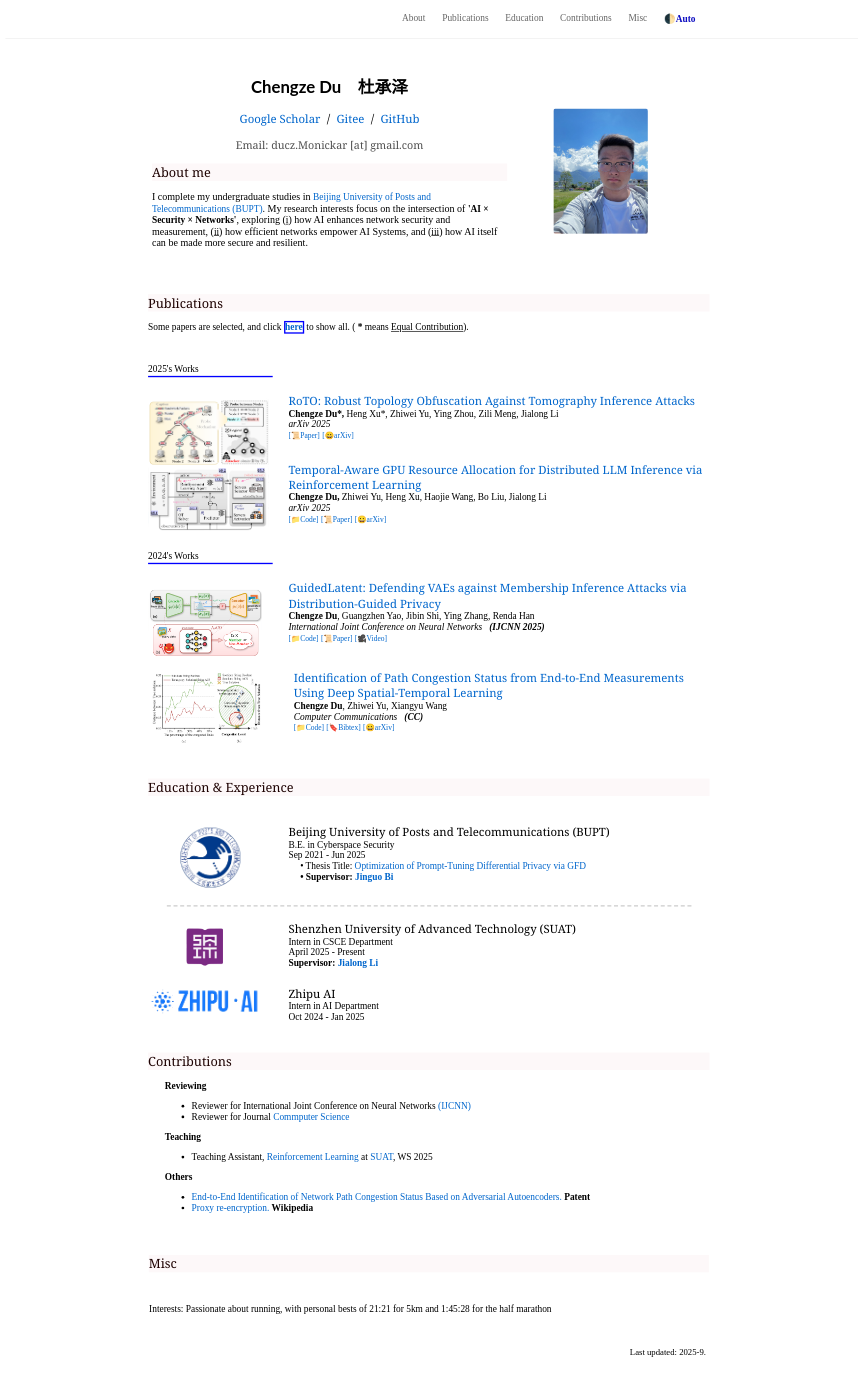
Repository: Monickar/Monickar.github.io
Page: index.html
These files come from the project's save history. The page is drawn as it stood at one moment and after the next save; the edit follows.
The browser window is 1280 px wide. The pictures show the whole page, at 67% of full size.

Above is the page before, as saved 2025-10-28 19:02:30.

### index.html
<!DOCTYPE HTML>
<html lang="en">
  <head>
    <meta http-equiv="Content-Type" content="text/html; charset=UTF-8">

    <title>Chengze's Homepage</title>

    <meta name="author" content="Chengze Du">
    <meta name="viewport" content="width=550px, initial-scale=1.0">
    <link rel="shortcut icon" href="./images/IMG_1936.JPG" type="image/x-icon" style="border-radius: 50%;"> <!-- 添加favicon 圆形-->
    <link rel="stylesheet" type="text/css" href="styles.css">
    <style>

      /* * {
        font-family: Cambria, Georgia, serif;

      } */
      * {
        font-size: 14px;

      }


    </style>
  </head>


  <body class="bodycolor">
    <!-- 导航栏 -->
    <nav class="navbar" >
      <div class="nav-container">
        <a href="#" class="nav-brand"> </a>
        <div class="nav-links">
          <a href="#about">About</a>
          <a href="#pub">Publications</a>
          <a href="#education">Education</a>
          <a href="#contributions">Contributions</a>
          <a href="#misc">Misc</a>
          <a id="darkToggle" style="color: rgb(12, 12, 193); font-weight: bolder;">Mode🌓</a>

        </div>
      </div>
    </nav>

    <!-- 原有内容开始 -->
    <table id="about" style="width:100%; background:#FFFFFF; max-width:870px;border:0px;border-spacing:0px;border-collapse:separate;margin-right:auto;margin-left:auto;"><tbody>
      <tr style="padding:0px">
        <td style="padding:0px">
          <table style="width:100%;border:0px;border-spacing:0px;border-collapse:separate;margin-right:auto;margin-left:auto;"><tbody>
            <tr style="padding:0px">
              <td style="padding:2.5%;width:60%;vertical-align:middle">

                <p class="name" style="text-align: center; font-size: 25px;">
                  Chengze Du &ensp;  杜承泽
                </p>

                <p style="text-align:center; font-size: 18px; font-family: Georgia">
                  <a href="https://scholar.google.com/citations?hl=zh-CN&user=y4ty-f4AAAAJ" class="papertitle">Google Scholar</a> &nbsp;/&nbsp;
                  <a href="https://gitee.com/monickar" class="papertitle">Gitee</a> &nbsp;/&nbsp;
                  <a href="https://github.com/Monickar" class="papertitle">GitHub</a>
                </p>

                <p style="text-align:center; font-size: 16px; font-family: Cambria; color: rgb(80, 80, 80);">
                Email: ducz.Monickar [at] gmail.com
                </p>
                <h2 class="subtitle">About me</h2>

                <p style="font-size: 15px;"> I complete my undergraduate studies in <a href="https://www.bupt.edu.cn/">Beijing University of Posts and Telecommunications (BUPT)</a>.
                  My research interests focus on the intersection of <strong>'AI <strong>×</strong> Security <strong>×</strong> Networks'</strong>, exploring (<u>i</u>) how AI enhances network security and measurement, (<u>ii</u>) how efficient networks empower AI Systems, and (<u>iii</u>) how AI itself can be made more secure and resilient.

                </p>
              </td>
              <td style="padding:5.5%; width:31%; max-width:37%; padding-top:10%;">
                <a href="https://ccfddl.com/"><img style="width:70%; max-width:70%;object-fit: cover; border-radius: 2%;" alt="profile photo" src="images/chengze.jpg" class="hoverZoomLink"></a>
              </td>
            </tr>
          </tbody></table>


      <table id="pub" style="width:100%;border:0px;border-spacing:0px;border-collapse:separate;margin-right:auto;margin-left:auto;"><tbody>
          <tr>
          <td style="padding:16px;width:100%;vertical-align:middle">
            <h2 class="subtitle">Publications</h2>
            <p>
             Some papers are selected, and click <strong><a href="FullPaperList.html" class="text-with-border">here</a></strong> to show all.
              ( <strong>*</strong> means <u>Equal Contribution</u>).
            </p>
             <!-- Some works are <span class="highlight">highlighted</span>.  -->
          </td>
        </tr>
      </tbody></table>
      <table style="width:100%;border:0px;border-spacing:0px;border-collapse:separate;margin-right:auto;margin-left:auto;"><tbody>


      <!-- 2025 分隔符 -->
      <td style="padding:16px; width:25%; vertical-align:middle; margin-top: 2px;">
        <span class="year">2025's Works</span>
        <div style="height: 2px; background-color: blue; margin-top: 2px;"></div>
      </td>

      <tr >
        <td style="padding:16px;width:25%;vertical-align:top">
          <div class="one">
            <img src="images/RoTO-1.png" class="top" alt="SecureNT alternate" width="180" height="100">
            <img src="images/RoTO-2.png" class="bottom" alt="SecureNT" style="width:180px; height:65px;">
          </div>
        </td>
        <td style="padding:8px;width:80%; vertical-align:top">
          <a href="https://arxiv.org/abs/2508.12852">
        <span class="papertitle">RoTO: Robust Topology Obfuscation Against Tomography Inference Attacks</span>
          </a>
          <br>
          <strong>Chengze Du*,</strong>
          Heng Xu*,
          Zhiwei Yu,
          Ying Zhou,
          Zili Meng,
          Jialong Li

          <br>
          <em>arXiv  2025</em>
          <br>
          <!-- <a href="" style="font-size: 0.8em;">[📁Code]</a> -->
          <a href="https://arxiv.org/pdf/2508.12852" style="font-size: 0.8em;">[📜Paper]</a>
          <a href="https://arxiv.org/abs/2508.12852" style="font-size: 0.8em;">[😀arXiv]</a>
          <p></p>
        </td>
      </tr>



      <tr >
        <td style="padding:16px;width:20%;vertical-align:top">
          <div class="one">
            <img src="images/gpu_infer_component.png" class="top" alt="SecureNT alternate" width="180" height="100">
            <img src="images/tcc_intro.png" class="bottom" alt="SecureNT" style="width:180px; height:90px;">
          </div>
        </td>
        <td style="padding:8px;width:80%; vertical-align:middle">
          <a href="https://arxiv.org/abs/2507.10259">
        <span class="papertitle">Temporal-Aware GPU Resource Allocation for Distributed LLM Inference via Reinforcement Learning</span>
          </a>
          <br>
          <strong>Chengze Du,</strong>
          Zhiwei Yu,
          Heng Xu,
          Haojie Wang,
          Bo Liu,
          Jialong Li

          <br>
          <em>arXiv  2025</em>
          <br>
          <a href="https://gitee.com/Monickar/OT4GpuInference" style="font-size: 0.8em;">[📁Code]</a>
          <a href="https://arxiv.org/pdf/2507.10259" style="font-size: 0.8em;">[📜Paper]</a>
          <a href="https://arxiv.org/abs/2507.10259" style="font-size: 0.8em;">[😀arXiv]</a>
          <p></p>

        </td>
      </tr>


      <!-- 2024 分隔符 -->
      <td style="padding:16px; width:20%; vertical-align:middle; margin-top: 2px;">
        <span class="year">2024's Works</span>
        <div style="height: 2px; background-color: blue; margin-top: 2px;"></div>
      </td>

      <tr >
        <td style="padding:16px;width:20%;vertical-align:top">
          <div class="one">
            <img src="images/anti-vae.png" class="top" alt="SecureNT alternate" width="170" height="110">
            <img src="images/vae-anti-mia.png" class="bottom" alt="SecureNT" style="width:170px; height:85px;">
          </div>
        </td>
        <td style="padding:8px;width:80%; vertical-align:top">
          <a href="">
        <span class="papertitle">GuidedLatent: Defending VAEs against Membership Inference Attacks via Distribution-Guided Privacy
          </a>
          <br>
          <strong>Chengze Du</strong>,
                  Guangzhen Yao,
                  Jibin Shi,
                  Ying Zhang,
                  Renda Han
          <br>
          <em>International Joint Conference on Neural Networks <strong>&nbsp (IJCNN 2025)</strong></em>
          <br>
          <a href="https://anonymous.4open.science/r/VAE-Anti-MIA-DB1A/README.md" style="font-size: 0.8em;">[📁Code]</a>
          <a href="./files/IJCNN_2025.pdf" style="font-size: 0.8em;">[📜Paper]</a>
          <!-- <a href="./files/" style="font-size: 0.8em;">[😀arXiv]</a> -->
          <a href="https://vimeo.com/1095995168" style="font-size: 0.8em;">[🎥Video]</a>
          <!-- <a href="https://arxiv.org/abs/2412.10762" style="font-size: 0.8em;">[📄Poster]</a> -->
          <br>
          <br>
        </td>
      </tr>




    <tr>
      <td style="padding:16px;width:20%;vertical-align:top">
          <div class="one">
            <img src="images/CC_1.png" class="top" alt="SecureNT alternate" width="170" height="110">
            <img src="images/AAE-LSTM.png" class="bottom" alt="SecureNT" style="width:170px; height:110px;">
          </div>
      </td>
      <td style="padding:16px;width:70%;vertical-align:top">
        <a href="https://www.sciencedirect.com/science/article/pii/S0140366425001513">
          <span class="papertitle">Identification of Path Congestion Status from End-to-End Measurements Using Deep Spatial-Temporal Learning</span>
        </a>
        <br>
        <strong>Chengze Du</strong>,
        Zhiwei Yu, Xiangyu Wang
        <br>
        <em>Computer Communications  &nbsp <strong>(CC)</strong> </em>
        <br>
        <a href="https://github.com/Monickar/ACS" style="font-size: 0.8em;">[📁Code]</a>
        <a href="./Bibtex/CC_NT_2025.txt" style="font-size: 0.8em;">[🔖Bibtex]</a>
        <a href="https://arxiv.org/abs/2412.10762" style="font-size: 0.8em;">[😀arXiv]</a>
      </td>
    </tr>

          </tbody></table>

          <table style="width:100%;border:0px;border-spacing:0px;border-collapse:separate;margin-right:auto;margin-left:auto;"><tbody>
            <tr>
            <td style="padding:16px;width:100%;vertical-align:middle">
              <h2 class="subtitle">Education & Experience</h2>
            </td>
          </tr>
        </tbody></table>

        <!-- 教育经历 -->
        <table id="education" style="width:100%;border:0px;border-spacing:0px;border-collapse:separate;margin-right:auto;margin-left:auto;"><tbody>

          <tr>
            <td style="padding:16px;width:25%;vertical-align:middle"> <!-- 图片设置为居中 -->
              <img src="images/bupt-logo-1.png" alt="BUPT" width="90" style="display: block; margin: 0 auto;">
            </td>
            <td style="padding:8px;width:75%;vertical-align:middle">
              <span class="papertitle">Beijing University of Posts and Telecommunications (BUPT)</span>
              <br>
              B.E. in Cyberspace Security
              <br>
              Sep 2021 - Jun 2025
              <br>
                &emsp; • Thesis Title:
                 <color="#1772D0"> <a href="https://gitee.com/Monickar/Bachelor_Thesis" >  Optimization of Prompt-Tuning Differential Privacy via GFD</a> </font>
              <br>
              <strong>
                &emsp; • Supervisor: <a href="https://scss.bupt.edu.cn/info/1063/3984.htm">Jinguo Bi</a>
              </strong>
              <p></p>
            </td>

          </tr>

          <!-- 添加虚线分隔符 -->
          <tr>
            <td colspan="2" style="padding: 10px 0">
              <div style="border-top: 2px dashed #ccc; width: 90%; margin: 0 auto;"></div>
            </td>
          </tr>

          <tr>
            <td style="padding:16px 16px 8px 16px;width:20%;vertical-align:middle">
              <img src="images/suat-logo.png" alt="Internship" width="170">
            </td>
            <td style="padding:4px 8px 4px 8px;width:80%;vertical-align:middle">
              <span class="papertitle">Shenzhen University of Advanced Technology (SUAT) </span>
              <br>
              Intern in CSCE Department
              <br>
              April 2025 - Present
              <br>
              <strong>Supervisor: <a href="https://franklee94.github.io/index.html">Jialong Li</a></strong>
            </td>
          </tr>

          <tr>
            <td style="padding:16px;width:20%;vertical-align:middle">
              <img src="images/Zhipu_AI.png" alt="Internship" width="170">
            </td>
            <td style="padding:8px;width:80%;vertical-align:middle">
              <span class="papertitle"> Zhipu AI</span>
              <br>
              Intern in AI Department
              <br>
              Oct 2024 - Jan 2025
          </tr>

        </tbody></table>

 <!-- 专利 -->

 <table id="contributions" style="width:100%;border:0px;border-spacing:0px;border-collapse:separate;margin-right:auto;margin-left:auto;"><tbody>
  <tr>
    <td style="padding:16px; width:100%; vertical-align:middle">
      <h2 class="subtitle">Contributions</h2>

      <div style="padding-left: 25px;">
        <h3>Reviewing</h3>
        <ul>
          <li>Reviewer for International Joint Conference on Neural Networks <a href="https://ijcnn2024.org/">(IJCNN) </a>  </li>
          <li>Reviewer for Journal <a href="https://www.jsjkx.com/EN/1002-137X/home.shtml"> Commputer Science </a>  </li>
        </ul>
      </div>

      <div style="padding-left: 25px;">
        <h3>Teaching</h3>
        <ul>
          <li>Teaching Assistant,<a href=""> Reinforcement Learning </a> at <a href="https://suat-sz.edu.cn/en/">SUAT</a>, WS 2025</li>

        </ul>
      </div>


      <div style="padding-left: 25px;">

        <h3>  Others</h3>
      <ul>
        <li> <a href="https://patentimages.storage.googleapis.com/00/00/00/0000000000000000000000000000000000000000000000000000000000000000.pdf"> End-to-End Identification of Network Path Congestion Status
          Based on Adversarial Autoencoders.</a> <strong>Patent</strong></li>
        <li><a href="https://zh.wikipedia.org/wiki/%E4%BB%A3%E7%90%86%E9%87%8D%E5%8A%A0%E5%AF%86">Proxy re-encryption.</a> <strong>Wikipedia</strong></li>
      </ul>
      </div>






    </td>
  </tr>
</tbody></table>



		<table style="width:100%; margin:0 auto; border:0; border-spacing:0; padding:16px;"><tbody>
            <tr>
              <td>
                <h2 class="subtitle">Misc</h2>
              </td>
            </tr>
          </tbody></table>
          <table id="misc" style="width:100%;border:0px;border-spacing:0px;border-collapse:separate;margin-right:auto;margin-left:auto;"><tbody>

        <!-- 其他内容 : Interests: Passionate about running, with personal bests of 21:21 for 5km and 1:45:28 for the half marathon-->
        <p>&emsp; Interests: Passionate about running, with personal bests of 21:21 for 5km and 1:45:28 for the half marathon</p>

          </tbody></table>
          <table style="width:100%; border:5px;border-spacing:0px;border-collapse:separate;margin-right:auto;margin-left:auto;"><tbody>
            <tr>
              <td style="padding:5px">
                <br>
                <p style="text-align:right;font-size:small;">
                  Last updated: 2025-9. &emsp;
                </p>
              </td>
            </tr>
          </tbody></table>


        </td>
      </tr>
    </table>

    <script>
    const btn = document.getElementById('darkToggle');
    const mode = localStorage.getItem('mode') || 'auto'; // 'auto', 'dark', 'light'

    function isDarkTime() {
      const hour = new Date().getHours();
      return hour >= 18 || hour < 6; // 20:00-6:00: dark time
    }

    function applyTheme() {
      const shouldBeDark = mode === 'dark' || (mode === 'auto' && isDarkTime());
      document.body.classList.toggle('dark', shouldBeDark);


      if (mode === 'auto') {
        btn.textContent = '🌓Auto';
        btn.title = 'Turn Dark';
      } else {
        btn.textContent = shouldBeDark ? '🌓Dark' : '🌓Light';
        btn.title = shouldBeDark ? 'Turn Light' : 'Turn Auto';
      }
    }

    btn.onclick = () => {
      const modes = ['light', 'auto', 'dark'];
      const idx = modes.indexOf(mode);
      const newMode = modes[(idx + 1) % 3];
      localStorage.setItem('mode', newMode);
      location.reload(); // 简单刷新应用新模式
    };

    applyTheme();
    // 每分钟检查一次时间（仅在自动模式下有用）
    if (mode === 'auto') setInterval(applyTheme, 1000000);
    </script>


  </body>
</html>

### styles.css
.name {
  padding-top: 20px;
  margin: 0;
  font-family: 'Lato', Cambria, Georgia, serif;
  font-size: 10px;
  font-weight: bold;
}

.papertitle {
  font-family: Cambria, Georgia, Helvetica, sans-serif;
  font-size: 17px;
  font-weight: 550;
}

.subtitle {
  font-family:  Georgia, Helvetica, sans-serif;
  font-size: 19px;
  font-weight: 550;
  color: #1e0202;
  background-color: rgb(253, 248, 249)
}

.bodycolor {
  background-color: #eae5e500;
}

a {
    color: #0066cc; /* 设置链接颜色为蓝色 */
    text-decoration: none;
}

a:focus,

a:hover {
    text-decoration: underline;
    color: #f09228;
}

.text-with-border {
border: 2px solid blue; /* 边框宽度为 2px，样式为实线，颜色为蓝色 */
}
/* 导航栏样式 */
.navbar {
  background-color: #ffffff;
  padding: 15px 0;
  border-bottom: 1px solid #eee;
  position: fixed;
  top: 0;
  width: 100%;
  z-index: 1000;
}

.nav-container {
  max-width: 800px;
  margin: 0 auto;
  display: flex;
  justify-content: space-between;
  align-items: center;
}

.nav-brand {
  font-size: 1.5em;
  font-weight: bold;
  color: #333;
  text-decoration: none;
}

.nav-links {
  display: flex;
  gap: 20px;
}

.nav-links a {
  color: #666;
  text-decoration: none;
  padding: 5px 10px;
  transition: color 0.3s ease;
}

.nav-links a:hover {
  color: #1772D0;
}

/* 为了防止内容被导航栏遮挡 */
body {
  padding-top: 60px;
}

/* 修改图片切换相关的样式 */
.one {
  position: relative;
  display: inline-block;
}

.one img {
  position: absolute;
  left: 0;
  top: 0;
  transition: opacity 0.2s ease-in-out;
}

.one img.bottom {
  z-index: 1;
  position: relative;
}

.one img.top {
  z-index: 2;
}

.one:hover img.top {
  opacity: 0;
}

.hidden-link {
  color: inherit;
  text-decoration: none;
  cursor: default;
}

.hidden-link:hover {
  color: inherit;
  text-decoration: none;
}

body {
  font-size: 15px; /* 默认大小，可修改为所需值 */
}

body.dark {
  background: #1a1a1a !important;
  color: #e0e0e0 !important;
}

body.dark .navbar,
body.dark table {
  background: #2d2d2d !important;
}

body.dark a {
  color: #66b3ff !important;
}

body.dark .nav-links a {
  color: #b0b0b0 !important;
}

body.dark .nav-links a:hover {
  color: #66b3ff !important;
}

body.dark .papertitle {
  color: #66b3ff !important;
}

body.dark .year {
  color: #66b3ff !important;
}


.navbar {
  width: 100%; /* 占满屏幕宽度 */
}
.nav-container {
  display: flex;
  justify-content: space-between; /* 内容左右分布 */
  align-items: center;

}

.nav-links {
  display: flex;
  gap: 5px; /* 链接间添加间隔 */
}

After the next save:
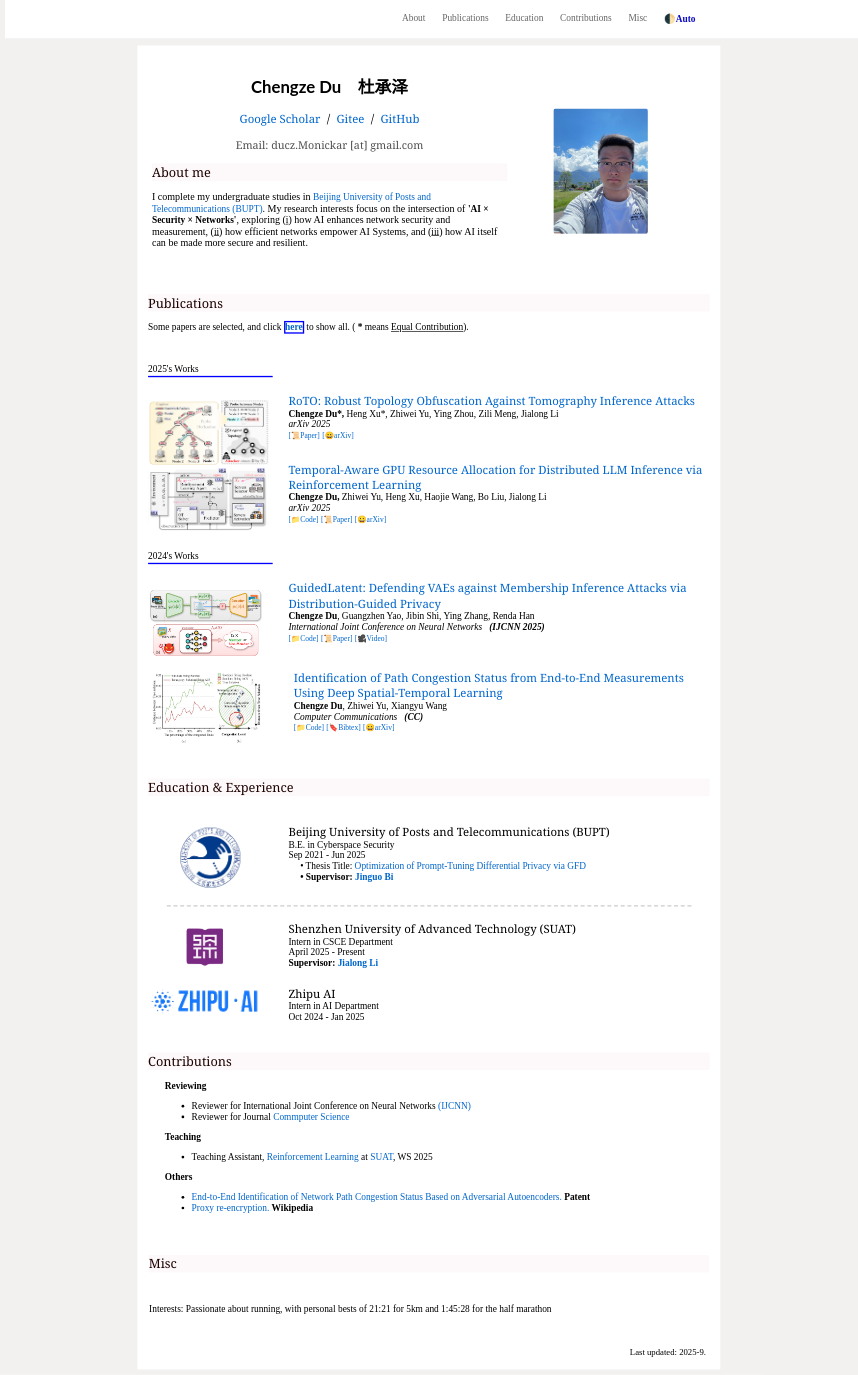
Saved 6 s later.
--- a/styles.css
+++ b/styles.css
@@ -21,7 +21,7 @@
 }
 
 .bodycolor {
-  background-color: #eae5e500;
+  background-color: #eae5e590;
 }
 
 a {
